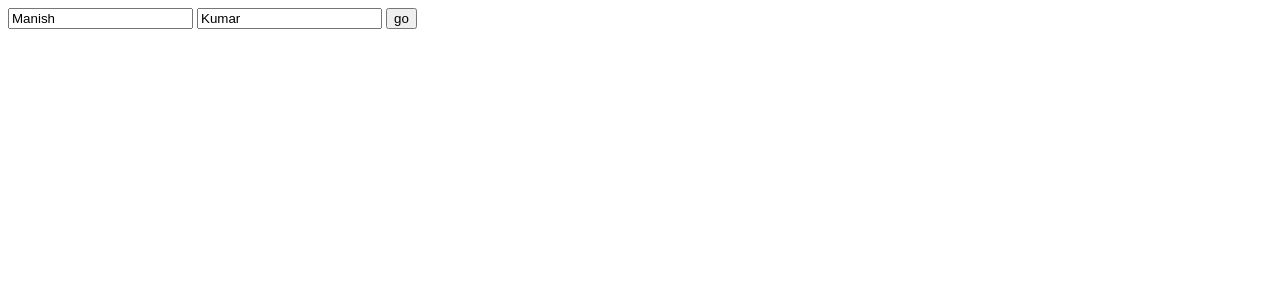
Repository: manishkaushik518/SystemBackup
Page: LostAndFound/WebContent/index.html
The author's editor kept a copy of each file at every save. The page is drawn from the files as they stood at one save, then again after the next save.
The browser window is 1280 px wide. The pictures show the whole page.

Above is the page before, as saved 2018-09-18 18:20:23.

### LostAndFound/WebContent/index.html
<!DOCTYPE html>
<html>
<head>
<meta charset="ISO-8859-1">
<title>Insert title here</title>
</head>
<body>
<form action="welcome.jsp">
<input type="text" name="uname" value="Manish">
<input type="text" name="lastname" value="Kumar">
<input type="submit" value="go"><br/>
</form>
</body>
</html>

After the next save:
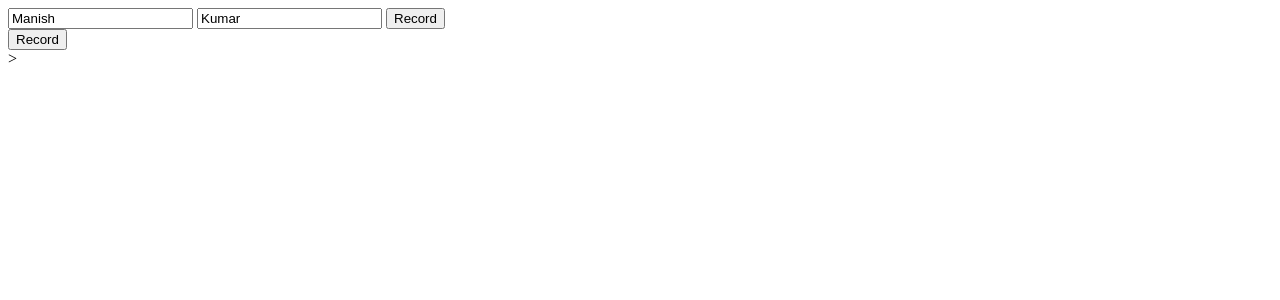
Saved 5 min 37 s later.
--- a/LostAndFound/WebContent/index.html
+++ b/LostAndFound/WebContent/index.html
@@ -8,7 +8,9 @@
 <form action="welcome.jsp">
 <input type="text" name="uname" value="Manish">
 <input type="text" name="lastname" value="Kumar">
-<input type="submit" value="go"><br/>
-</form>
+<input type="submit" value="Record"><br/>
+</form><input type="submit" value="Record"><br/>
+<form>
+</form>>
 </body>
 </html>
